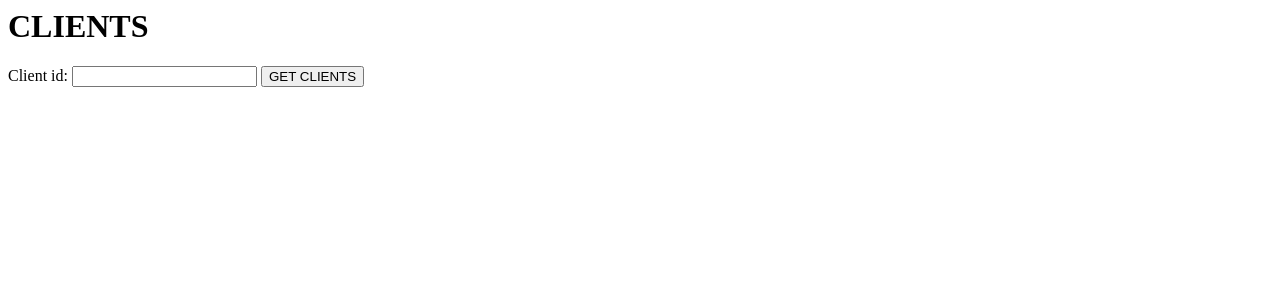
Repository: almendezl/MisionTIC
Page: index.html
An editor plug-in stored every save of this project. The page is shown before and after the next save, followed by the edit.
The browser window is 1280 px wide. The pictures show the whole page.

Above is the page before, as saved 2022-10-01 19:45:06.

After the next save:
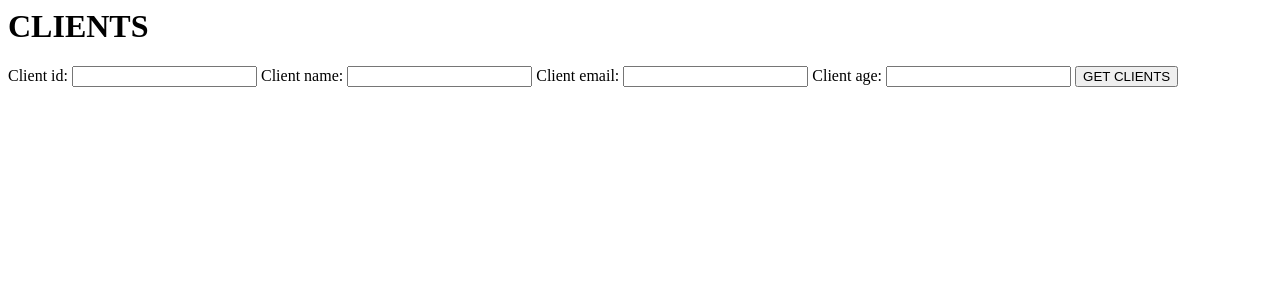
Saved 100 s later.
--- a/index.html
+++ b/index.html
@@ -12,7 +12,10 @@
 <body>
     <h1>CLIENTS</h1>
 
-    Client id: <input type="number" id="idClient">
+    Client id: <input type="number" id="clientId">
+    Client name: <input type="text" id="clientName">
+    Client email: <input type="text" id="clientEmail">
+    Client age: <input type="number" id="clientAge">
     <button onclick="getClients()">GET CLIENTS</button>
 
 </body>
